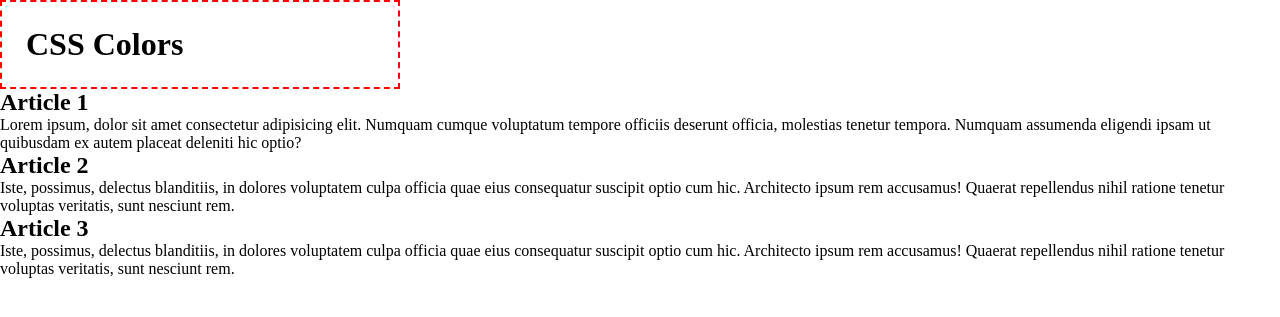
Repository: madhurik9999/Css
Page: index.html
The author's editor kept a copy of each file at every save. The page is drawn from the files as they stood at one save, then again after the next save.
The browser window is 1280 px wide. The pictures show the whole page.

Above is the page before, as saved 2023-12-09 12:03:46.

After the next save:
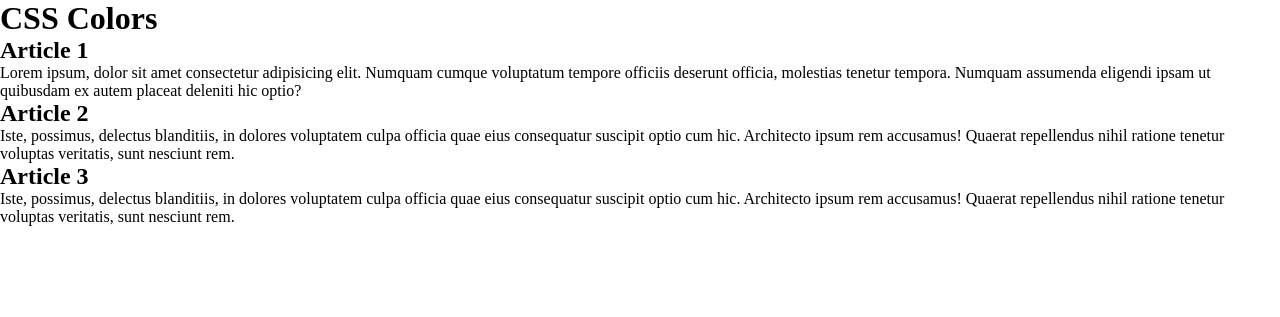
Saved 10 s later.
--- a/styles/style.css
+++ b/styles/style.css
@@ -96,7 +96,7 @@ h1 {
     box-sizing: border-box;
 }
 
-header {
+.container {
     border: 2px dashed red;
     width: 400px;
     padding: 1.5rem;
